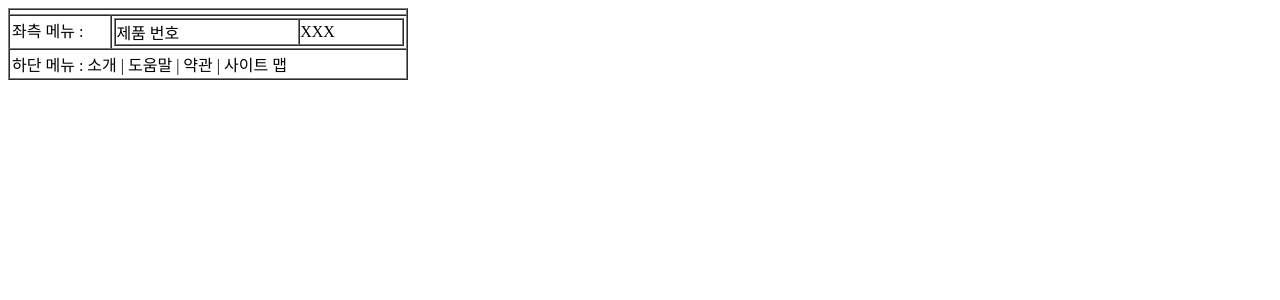
Repository: kr1124/jsp
Page: http://localhost/ServletProject/temp/mainPage.jsp
These files come from the project's save history. The page is drawn as it stood at one moment and after the next save; the edit follows.
The browser window is 1280 px wide. The pictures show the whole page.
The page is served by Tomcat 9.

Above is the page before, as saved 2024-12-05 01:56:08.

After the next save:
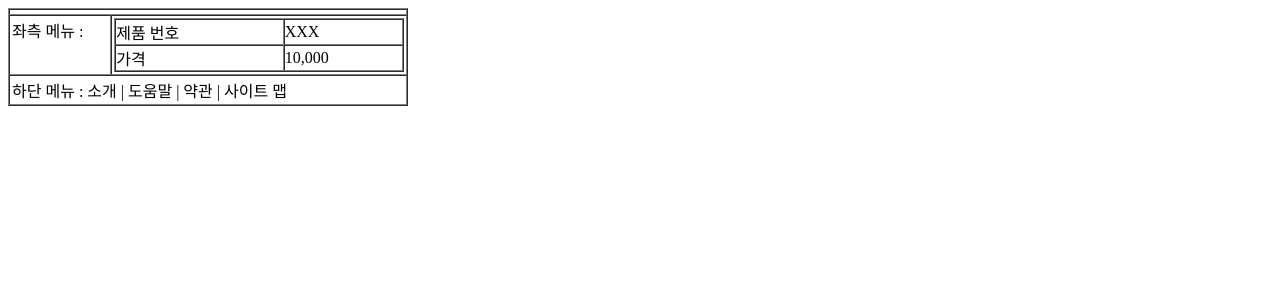
Saved 16 s later.
--- a/ServletProject/src/main/webapp/temp/template/info_view.jsp
+++ b/ServletProject/src/main/webapp/temp/template/info_view.jsp
@@ -5,6 +5,10 @@
 		<td>제품 번호</td> <td>XXX</td>
 	</tr>
 
+	<tr>
+		<td>가격</td> <td>10,000</td>
+	</tr>
+
 
 
 </table>
